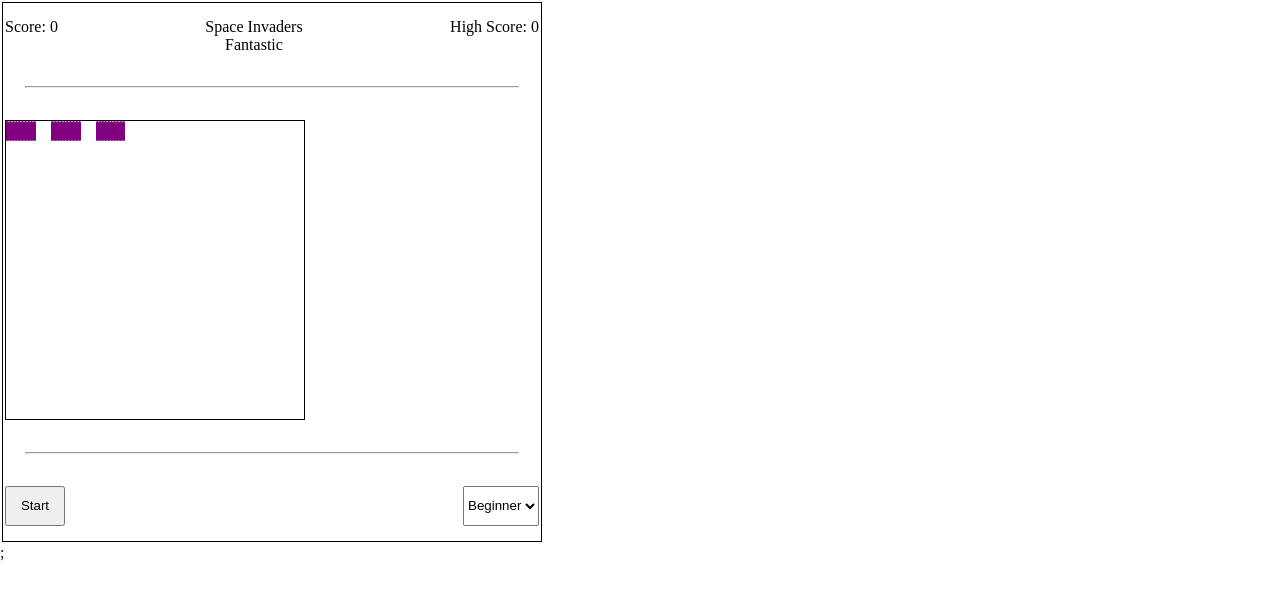
Repository: baziz22/Vanilla_JS_Projects
Page: space invaders/index.html
An editor plug-in stored every save of this project. The page is shown before and after the next save, followed by the edit.
The browser window is 1280 px wide. The pictures show the whole page.

Above is the page before, as saved 2022-02-20 01:18:51.
Console error: TypeError: Cannot read properties of undefined (reading 'classList')

After the next save:
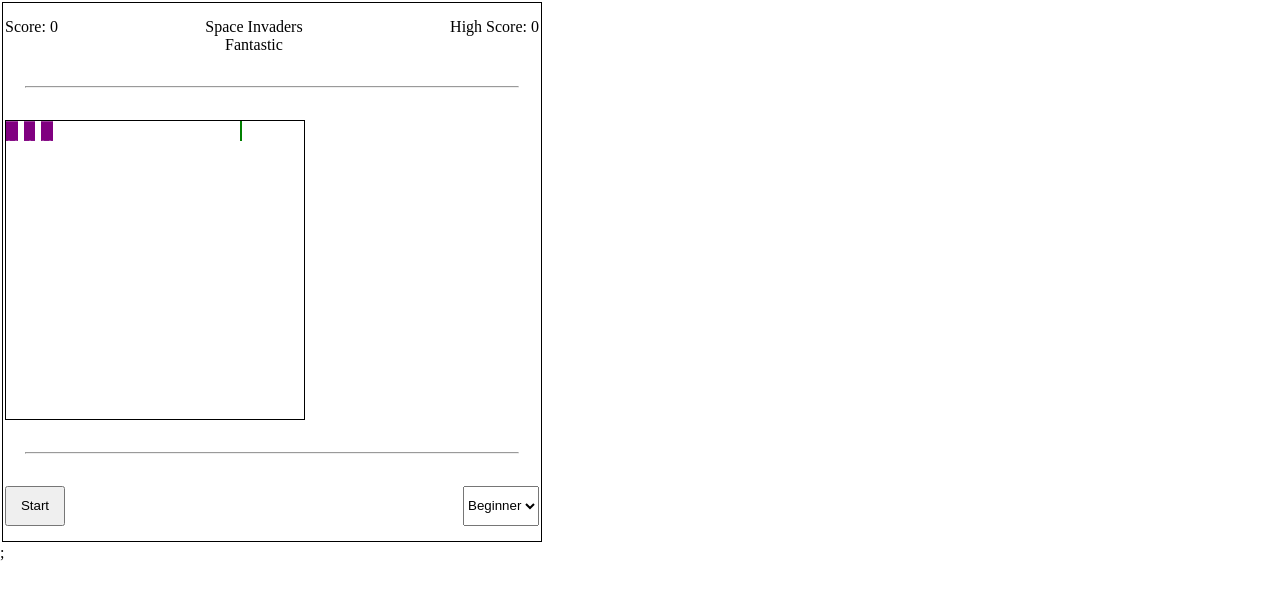
The error is gone.
Saved 7 s later.
--- a/space invaders/script.js
+++ b/space invaders/script.js
@@ -1,5 +1,5 @@
 const grid = document.querySelector('.grid');
-for (let i = 0; i < 100; i++) {
+for (let i = 0; i < 255; i++) {
   const square = document.createElement('div');
   grid.appendChild(square);
 }
